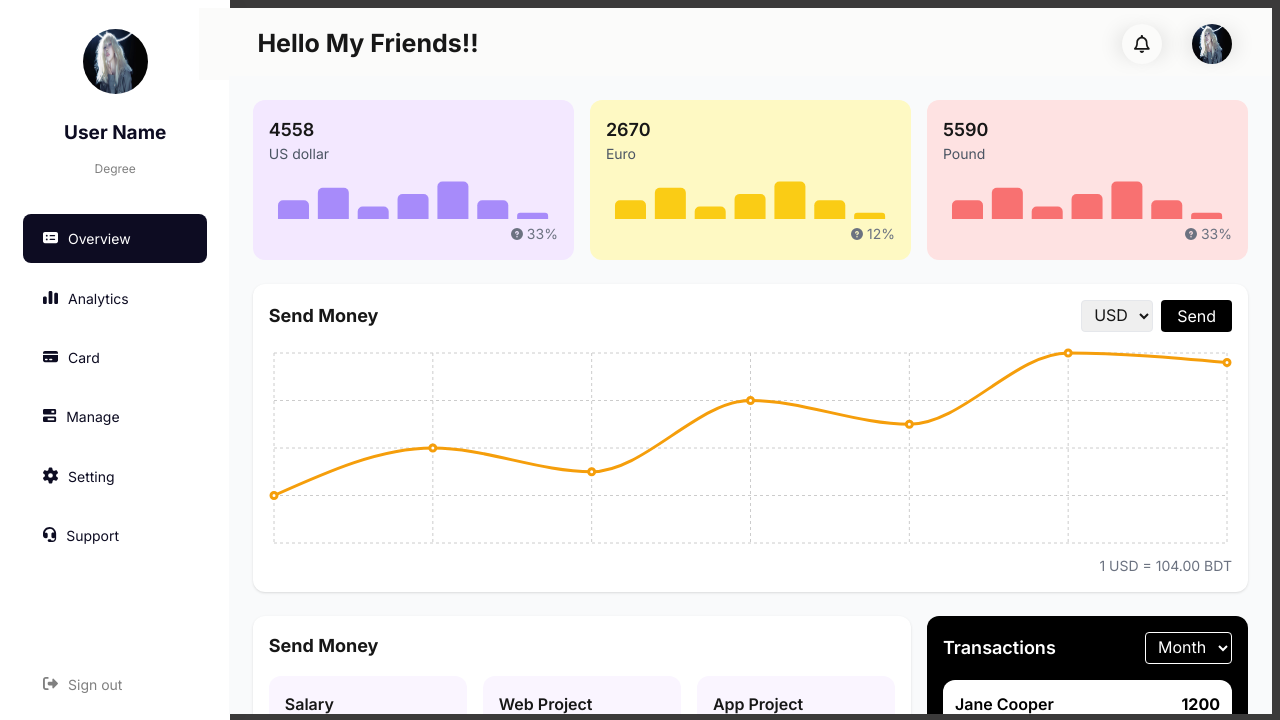
Repository: conGaStuer/airdropmamager
Page: /
These files come from the project's save history. The page is drawn as it stood at one moment and after the next save; the edit follows.
The browser window is 1280 px wide. The pictures show the whole page.
An inner scrolling area shows only its first screen. The project was rebuilt for these pictures with package versions that can differ from the ones it lists, and the page was loaded fresh each time. The framework's server and built-in components were replaced by stand-ins that run in the browser. Also part of the build but not shown: next.config.ts.

Above is the page before, as saved 2025-05-26 19:14:36.

After the next save:
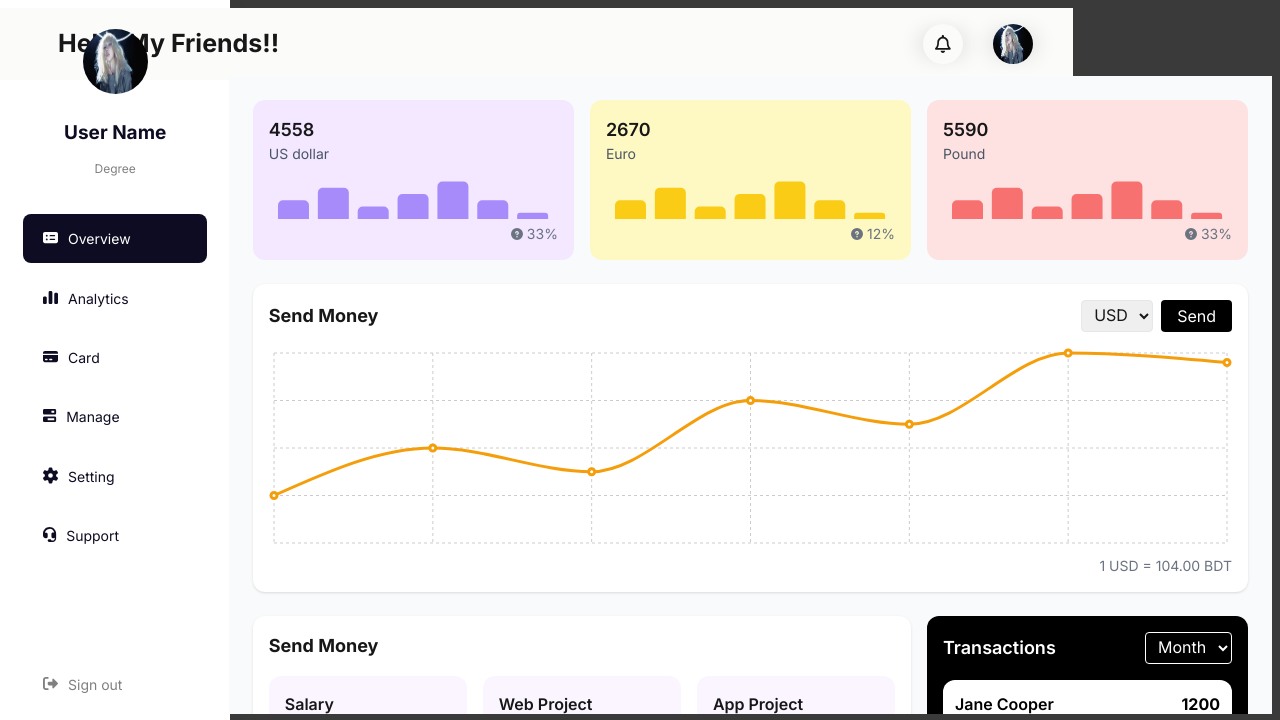
Saved 6 s later.
--- a/src/styles/navbar.scss
+++ b/src/styles/navbar.scss
@@ -14,7 +14,6 @@
   background-color: #fbfbfa;
   position: fixed;
   float: right;
-  right: 8px;
   top: 1.1%;
   border-bottom-right-radius: 0px;
   @include center-div();
